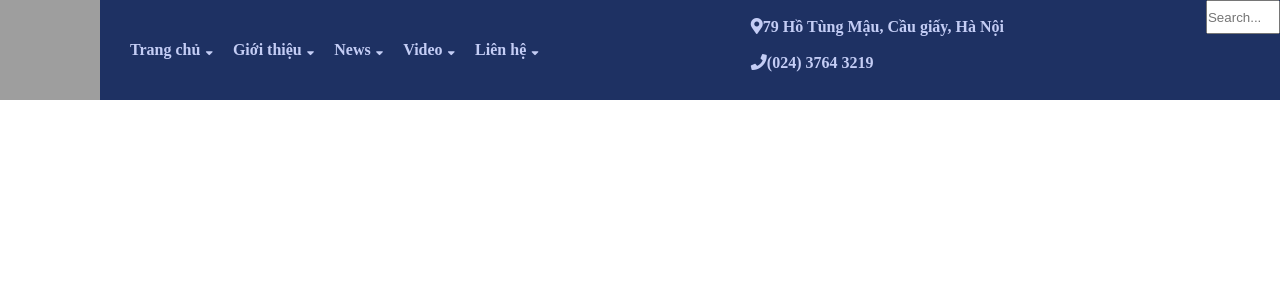
Repository: Luong-tung/newtopics
Page: index2.html
The author's editor kept a copy of each file at every save. The page is drawn from the files as they stood at one save, then again after the next save.
The browser window is 1280 px wide. The pictures show the whole page.
Pictures or frames that could not be fetched are drawn as grey boxes. Some web libraries are served in a nearby version.

Above is the page before, as saved 2021-10-07 18:28:07.

After the next save:
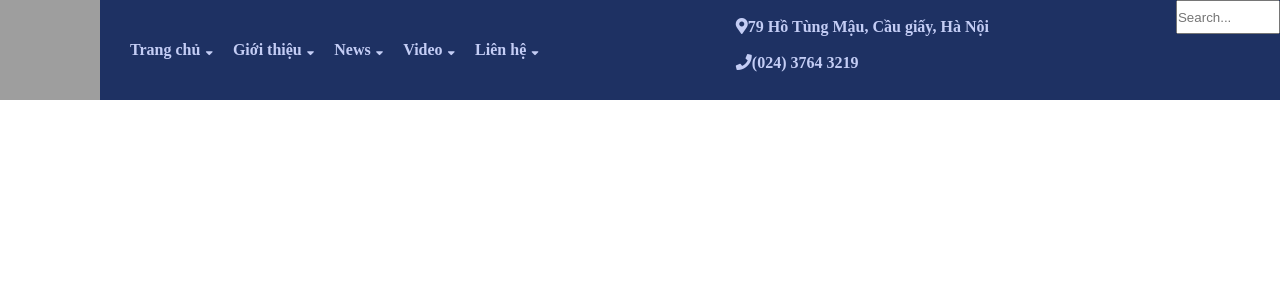
Saved 42 s later.
--- a/iu2.css
+++ b/iu2.css
@@ -55,6 +55,7 @@
 
 }
 .header .search input{
-    width: 70px;
+    width: 100px;
     height: 30px;
+    color:#c4cdf5;
 }
